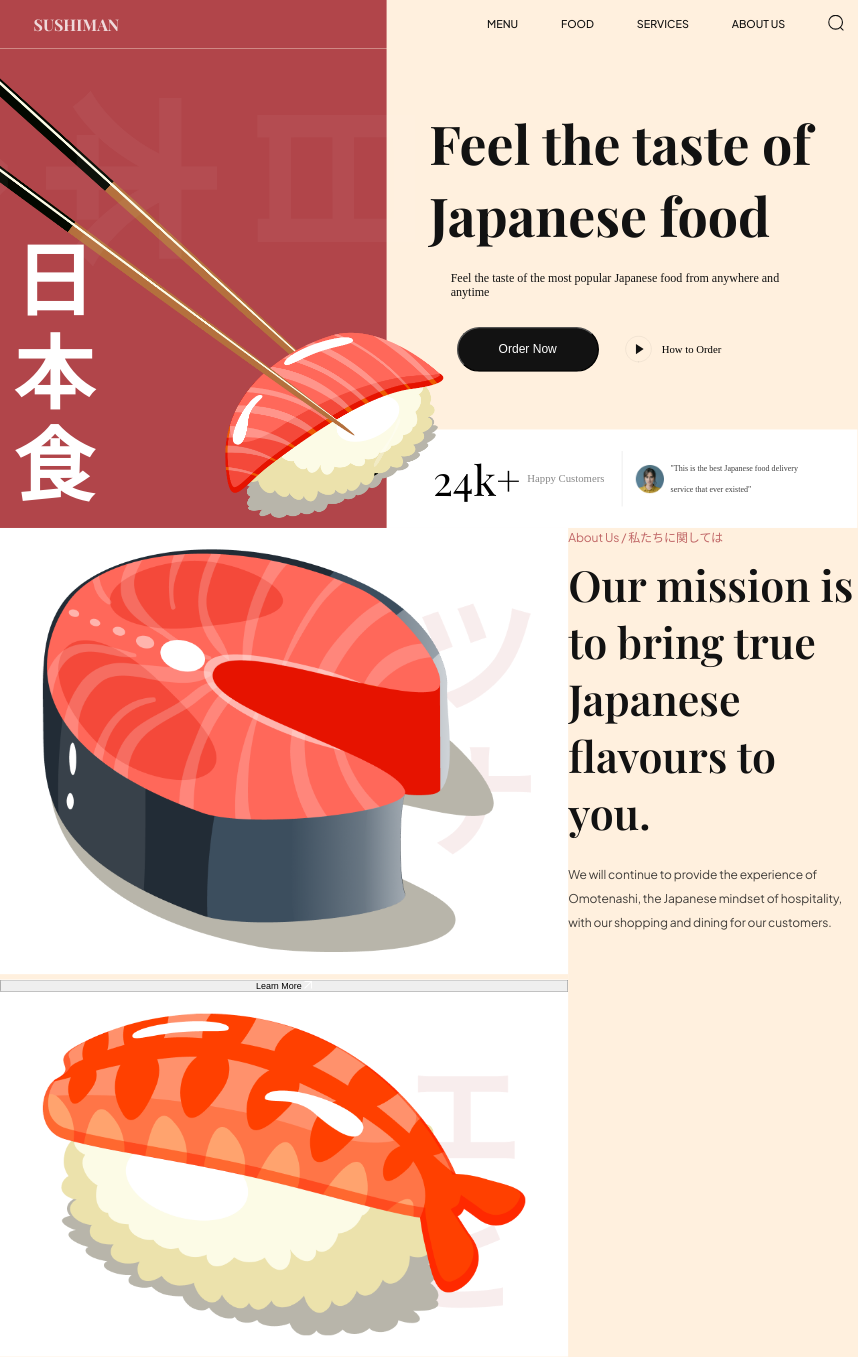
Repository: echoyol/sushiWebsite
Page: index.html
The author's editor kept a copy of each file at every save. The page is drawn from the files as they stood at one save, then again after the next save.
The browser window is 1280 px wide. The pictures show the whole page, at 67% of full size.

Above is the page before, as saved 2023-06-04 14:55:08.

### index.html
<!DOCTYPE html>
<html lang="en">
  <head>
    <meta charset="UTF-8" />
    <meta
      http-equiv="X-UA-Compatible"
      content="IE=edge"
    />
    <meta
      name="viewport"
      content="width=device-width, initial-scale=1.0"
    />
    <link
      rel="icon"
      type="image/png"
      href="/public/sushi.png"
    />
    <link
      rel="stylesheet"
      href="/css/style.css"
    />
    <title>Sushiman</title>
  </head>
  <body>
    <header>
      <nav class="header_nav">
        <div class="header__logo">
          <h4>Sushiman</h4>
          <div class="header__logo-overlay"></div>
        </div>
        <ul class="header__menu">
          <li>
            <a href="#menu">Menu</a>
          </li>
          <li>
            <a href="#food">Food</a>
          </li>
          <li>
            <a href="#services">Services</a>
          </li>
          <li>
            <a href="#about-us">About Us</a>
          </li>
          <li>
            <img
              src="assets/search.svg"
              alt="search"
            />
          </li>
        </ul>
        <ul class="header__menu-mobile">
          <li>
            <img
              src="assets/menu.svg"
              alt="menu"
            />
          </li>
        </ul>
      </nav>
    </header>

    <section class="hero">
      <div class="hero-image">
        <img
          src="assets/sushi-1.png"
          alt="sushi"
        />
        <h2>
          日<br />
          本<br />
          食
        </h2>

        <div class="hero-image__overlay"></div>
      </div>

      <div class="hero-content">
        <div class="hero-content-info">
          <h1>Feel the taste of Japanese food</h1>
          <p>
            Feel the taste of the most popular Japanese food from anywhere and
            anytime
          </p>

          <div class="hero-content__buttons">
            <button class="hero-content__order-button">Order Now</button>
            <button class="hero-content__play-button">
              <img
                src="assets/play-circle.svg"
                alt="play"
              />
              How to Order
            </button>
          </div>
        </div>
        <div class="hero-content__testimonial">
          <div class="hero-content__customer flex-center">
            <h4>24<span>k+</span></h4>
            <p>Happy Customers</p>
          </div>

          <div class="hero-content__review">
            <img
              src="assets/user.png"
              alt="user"
            />
            <p>
              "This is the best Japanese food delivery service that ever
              existed"
            </p>
          </div>
        </div>
      </div>
    </section>

    <section
      class="about-us"
      id="about-us"
    >
      <div class="about-us__image">
        <div class="about-us__image-sushi3">
          <img
            src="assets/sushi-3.png"
            alt="sushi"
          />
        </div>

        <button class="about-us__button">
          Learn More

          <img
            src="assets/arrow-up-right.svg"
            alt="learn more"
          />
        </button>

        <div class="about-us__image-sushi2">
          <img
            src="assets/sushi-2.png"
            alt="sushi"
          />
        </div>
      </div>

      <div class="about-us__content">
        <p class="sushi__subtitle">About Us / 私たちに関しては</p>
        <h3 class="sushi__title">
          Our mission is to bring true Japanese flavours to you.
        </h3>
        <p class="sushi__description">
          We will continue to provide the experience of Omotenashi, the Japanese
          mindset of hospitality, with our shopping and dining for our
          customers.
        </p>
      </div>
    </section>
    <script
      src="js/script.js"
      type="module"
    ></script>
  </body>
</html>

### css/style.css
@import url('https://fonts.googleapis.com/css2?family=Playfair+Display:wght@400;500;600;700;800;900&display=swap');
@import url('https://fonts.googleapis.com/css2?family=Plus+Jakarta+Sans:wght@200;300;400;500;600;700;800&display=swap');

/* other css file imports */
@import url('sections/header.css');
@import url('sections/hero.css');
@import url('sections/about.css');
@import url('sections/popular.css');
@import url('sections/trending.css');
@import url('sections/subscribe.css');
@import url('sections/footer.css');

/* CSS variables for reusablity across all files (including above imported) */
:root {
  --playfair-display: 'Playfair Display', serif;
  --plus-jakarta-sans: 'Plus Jakarta Sans', sans-serif;

  --primary-color: #b1454a;
  --secondary-color: #121212;

  --black-200: #020202;
  --black-300: #333333;
  --black-400: #1f1e31;
  --black-500: #555555;
  --gray-100: #888888;

  --color-white: #fff;
  --color-creamson: #fff0de;
}

* {
  margin: 0;
  padding: 0;
  box-sizing: border-box;
  scroll-behavior: smooth;
}

body {
  max-width: 1280px;
  margin: 0 auto;
  background-color: var(--color-creamson);
}

a {
  text-decoration: none;
  color: inherit;
}

.flex-center {
  display: flex;
  justify-content: center;
  align-items: center;
}

.flex-between {
  display: flex;
  justify-content: space-between;
  align-items: center;
}

.sushi__subtitle {
  font-size: 18px;
  font-weight: 400;
  font-family: var(--plus-jakarta-sans);

  color: var(--primary-color);
  opacity: 0.8;

  letter-spacing: -0.01em;
}

.sushi__title {
  font-size: 64px;
  font-weight: 600;
  font-family: var(--playfair-display);

  color: var(--secondary-color);

  margin-top: 16px;
}

.sushi__description {
  font-size: 18px;
  font-weight: 400;
  font-family: var(--plus-jakarta-sans);

  line-height: 36px;
  letter-spacing: -0.01em;

  color: var(--secondary-color);
  opacity: 0.8;

  margin: 32px 0px;
}

/* Hide scrollbar for Chrome, Safari and Opera */
.sushi__hide-scrollbar::-webkit-scrollbar {
  display: none;
}

/* Hide scrollbar for IE, Edge and Firefox */
.sushi__hide-scrollbar {
  -ms-overflow-style: none; /* IE and Edge */
  scrollbar-width: none; /* Firefox */
}

/* START: about us media queries */
@media screen and (max-width: 1024px) {
  .about-us {
    flex-direction: column;
  }

  .about-us__image {
    flex-direction: row;
  }

  .about-us__image-sushi3 {
    border-bottom: none;
    border-right: 8px solid var(--color-creamson);
  }

  .about-us__button {
    display: none;
  }
}

@media screen and (max-width: 750px) {
  .about-us__image {
    flex-direction: column;
  }

  .about-us__image-sushi3 {
    border-bottom: 8px solid var(--color-creamson);
    border-right: none;
  }

  .about-us__button {
    display: block;
    top: 47%;
  }
}

@media screen and (max-width: 550px) {
  .about-us__image-sushi2 img,
  .about-us__image-sushi3 img {
    width: 50%;
    height: 160px;

    object-fit: contain;
  }

  .about-us__image div {
    padding: 32px;
  }

  .about-us__button {
    top: 44%;
  }

  .about-us__content {
    padding: 32px;
  }
}
/* END: about us media queries */

/* START: header media querie */
@media screen and (max-width: 900px) {
  .header__nav {
    background: var(--primary-color);
  }

  .header__menu {
    display: none;
  }

  .header__menu-mobile {
    display: flex;
  }
}

@media screen and (max-width: 550px) {
  .header__logo {
    padding-left: 0;
  }
}
/* END: header media queries */

/* START: hero media queries */
@media screen and (max-width: 1060px) {
  .hero {
    flex-direction: column;
  }

  .hero-image img {
    width: 100%;

    transform: matrix(1, 0.05, 0, 1.25, 0, 0) !important;
  }
}

@media screen and (max-width: 750px) {
  .hero-image h2 {
    font-size: 70px;
    line-height: 90px;
  }
}

@media screen and (max-width: 550px) {
  .hero-image h2 {
    font-size: 40px;
    line-height: 60px;
  }

  .hero-content-info {
    padding: 32px;
  }

  .hero-content-info h1 {
    font-size: 60px;
  }

  .hero-content-info p {
    margin: 32px 0;
  }

  .hero-content__buttons {
    margin: 41px 0;
  }

  .hero-content__testimonial {
    padding: 32px;
  }
}
/* END: hero media queries */

/* START: popular media queries */
@media screen and (max-width: 550px) {
  .popular-foods {
    padding: 64px 32px;
  }

  .popular-foods__card,
  .popular-foods__card.active-card {
    min-width: 100%;
  }
}
/* END: popular media queries */

/* START: subscribe media queries */
@media screen and (max-width: 550px) {
  .subscription {
    padding: 64px 32px;
  }

  .subscription h2 {
    font-size: 68px;
    line-height: 100px;
  }

  .subscription__form {
    flex-direction: column;
    gap: 20px;

    min-width: 100%;
    border-radius: 20px;
    padding: 0;

    border: none;
  }

  .subscription__form input {
    min-height: 50px;

    border: 1px solid rgba(255, 255, 255, 0.5);
    padding: 10px 20px;
    border-radius: 30px;
  }

  .subscription__form button {
    min-width: 100%;
  }
}
/* END: subscribe media queries */

/* START: trending media queries */
@media screen and (max-width: 1024px) {
  .trending-sushi {
    flex-direction: column;
  }

  .trending-drink {
    flex-direction: column-reverse;
  }

  .trending__image {
    width: 100%;
    background-size: cover;
  }

  .trending__discover {
    display: none;
  }

  .trending__arrow {
    display: none;
  }
}

@media screen and (max-width: 550px) {
  .trending__image img {
    width: 70%;
    height: 70%;
  }

  .trending__content {
    padding: 32px;
  }
}
/* END: trending media queries */

### js/script.js
// import AOS from 'aos'
// import 'aos/dist/aos.css'

// // init AOS animation
// AOS.init({
//   duration: 1000,
//   offset: 100,
// })

### css/sections/header.css
.header_nav {
  display: flex;
  overflow: hidden;
}

.header__logo {
  flex: 1;
  display: flex;
  position: relative;
  padding: 20px;
}

.header__logo-overlay {
  position: absolute;
  inset: 0;
  width: 100%;
  background-color: var(--primary-color);
  z-index: -1;
}

.header__logo h4 {
  padding-left: 30px;
  font-weight: 700;
  font-size: 24px;
  text-transform: uppercase;
  font-family: var(--playfair-display);
  color: #fff;
  opacity: 0.8;
}

.header__menu,
.header__menu-mobile {
  padding: 20px;
  flex: 1.236;
  display: flex;
  align-items: center;
  justify-content: flex-end;
  gap: 64px;

  list-style: none;
}

.header__menu li {
  font-weight: 500;
  font-family: var(--plus-jakarta-sans);
  color: var(--secondary-color);
  font-size: 16px;
  text-transform: uppercase;
  line-height: 20px;
  cursor: pointer;
}

.header__menu li img {
  width: 24px;
  height: 24px;
  object-fit: contain;
}

.header__menu-mobile {
  display: none;
  gap: 20px;
  position: relative;
}

### css/sections/hero.css
.hero {
  display: flex;
  min-height: calc(100vh-74px);
  overflow: hidden;
}

.hero-image {
  flex: 1;
  display: flex;
  flex-direction: column;
  position: relative;
  z-index: 5;
}

.hero-image img {
  width: 120%;
  height: 100%;
  object-fit: contain;
}

.hero-image__overlay {
  position: absolute;
  inset: 0;
  width: 100%;
  background-color: var(--primary-color);
  z-index: -1;
}

.hero-image h2 {
  position: absolute;
  bottom: 0;
  padding: 20px;
  font-family: var(--playfair-diaplay);
  font-weight: 700;
  font-size: 120px;
  line-height: 138px;
  color: #fff;
}

.hero-content {
  flex: 1.22;
  display: flex;
  justify-content: space-between;
  flex-direction: column;
}

.hero-content-info {
  padding: 64px;
  flex: 1;
  display: flex;
  justify-content: center;
  flex-direction: column;
}

.hero-content-info h1 {
  font-size: 80px;
  font-weight: 600px;
  font-family: var(--playfair-display);
  color: var(--secondary-color);
}

.hero-content-info p {
  margin: 32px 0 0 32px;
  font-family: var(--plus-jakarta-sana);
  color: var(--secondary-color);
  font-size: 18px;
  font-weight: 400;
}

.hero-content__buttons {
  margin: 41px 0 0 41px;
  display: flex;
  flex-wrap: wrap;
  gap: 36px;
}

.hero-content__order-button {
  padding: 20px;
  border-radius: 36px;
  min-width: 212px;
  outline: none;
  background-color: var(--secondary-color);
  cursor: pointer;
  color: #fff;
  font-weight: 500;
  font-size: 18px;
  line-height: 23px;
}

.hero-content__play-button {
  border: none;
  outline: none;
  background: transparent;

  display: flex;
  align-items: center;

  font-size: 16px;
  line-height: 19px;
  color: var(--black-200);
  font-family: var(--plus-jakarta-sana);

  cursor: pointer;
}

.hero-content__play-button img {
  margin-right: 12px;

  width: 46px;
  height: 46px;
  object-fit: contain;
}

.hero-content__testimonial {
  padding: 32px 64px;

  display: flex;
  flex-wrap: wrap;
  gap: 20px;

  background: var(--color-white);
}

.hero-content__customer {
  flex: 1;
  gap: 10px;
}

.hero-content__customer h4 {
  font-size: 62px;
  font-weight: 400;
  font-family: var(--playfair-display);
}

.hero-content__customer p {
  font-size: 16px;
  font-weight: 400;
  font-family: var(--plus-jakarta-sana);
  color: var(--secondary-color);
  opacity: 0.5;
}

.hero-content__review {
  flex: 1;
  display: flex;
  align-items: center;
  gap: 10px;

  padding-left: 20px;
  border-left: 1px solid rgba(2, 2, 2, 0.1);
  min-width: 200px;
}
.hero-content__review img {
  width: 42px;
  height: 42px;
  object-fit: contain;
}

.hero-content__review p {
  font-size: 12px;
  font-weight: 400;
  line-height: 32px;
  font-family: var(--plus-jakarta-sana);
  color: var(--secondary-color);
  opacity: 0.8;
}

### css/sections/about.css
.about-us {
  display: flex;
  min-height: 720px;
  overflow: hidden;
}

.about-us__image {
  flex: 1;
  display: flex;
  flex-direction: column;
  justify-content: center;

  background: var(--color-white);

  position: relative;
}

.about-us__image div {
  padding: 32px 64px;

  flex: 1;
  display: flex;
  align-items: center;

  background-position: center;
  background-repeat: no-repeat;
  background-size: contain;
}

.about-us__image-sushi3 {
  border-bottom: 8px solid var(--color-creamson);

  background-image: url('../../assets/about_bg1.png');
}

.about-us__image-sushi2 {
  background-image: url('../../assets/about_bg2.png');
}

Loaded but not shown: css/sections/popular.css (no stored copy; drawn as an empty file); css/sections/trending.css (no stored copy; drawn as an empty file); css/sections/subscribe.css (no stored copy; drawn as an empty file); css/sections/footer.css (no stored copy; drawn as an empty file)

After the next save:
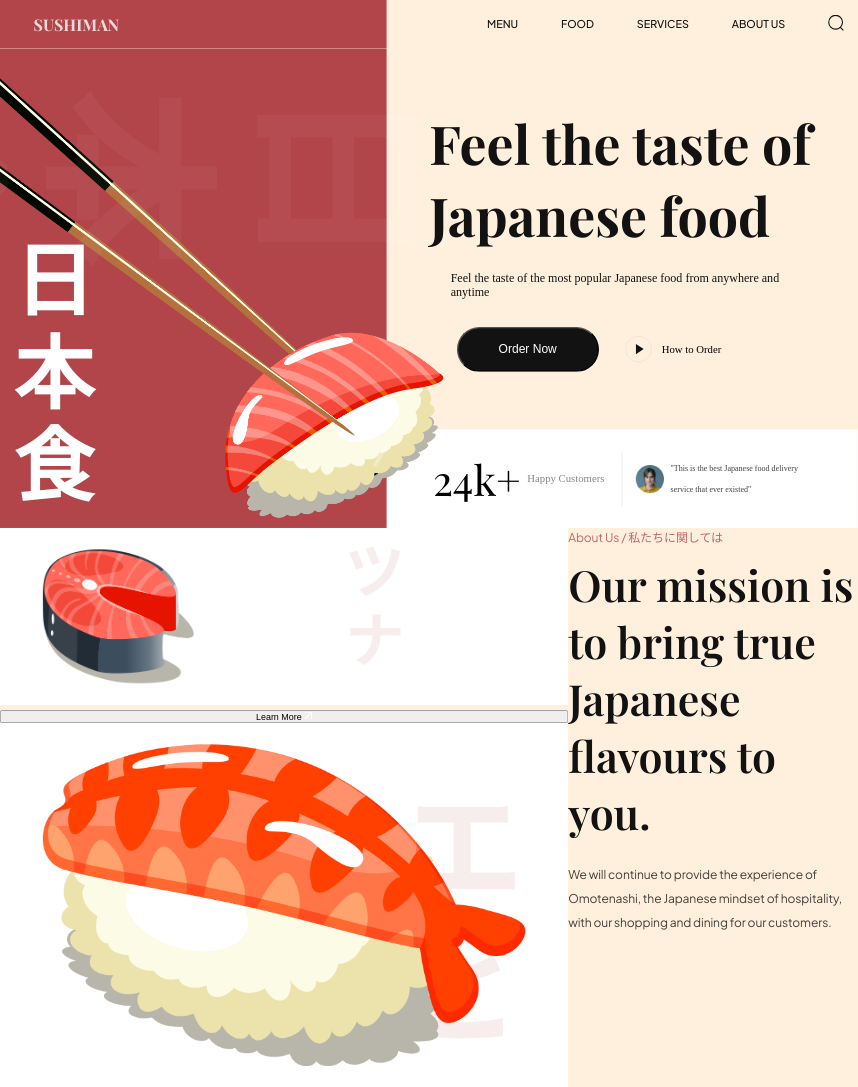
Saved 20 min 47 s later.
--- a/css/sections/about.css
+++ b/css/sections/about.css
@@ -36,3 +36,10 @@
 .about-us__image-sushi2 {
   background-image: url('../../assets/about_bg2.png');
 }
+
+.about-us__image-sushi3 img {
+ width: 225px;
+ height: 200px;
+}
+
+.about-us
